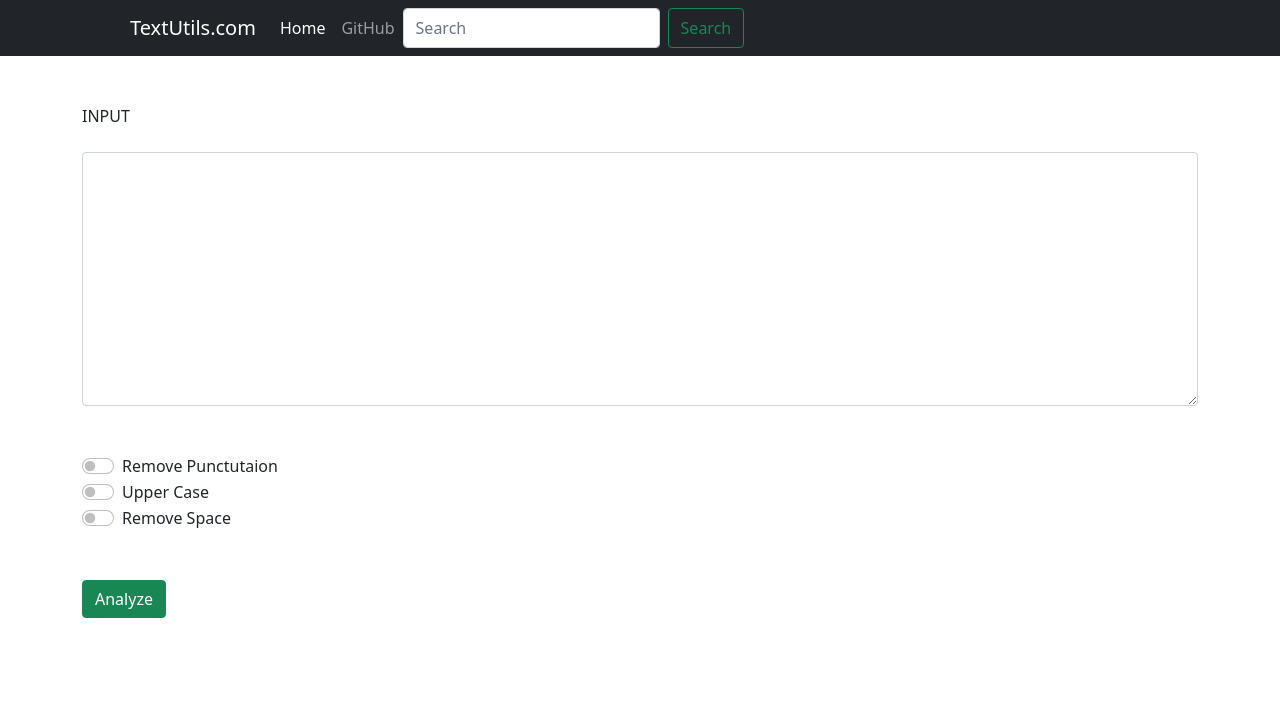
Repository: thenameisshreyank/Textutility
Page: http://localhost/
An editor plug-in stored every save of this project. The page is shown before and after the next save, followed by the edit.
The browser window is 1280 px wide. The pictures show the whole page.
The page is served by the project's application, run on Django 4.2 (manage.py). Other server files are loaded and not shown.

Above is the page before, as saved 2022-04-15 10:59:35.

### templates/index.html
<!DOCTYPE html>
<html lang="en">
<head>
    <meta charset="UTF-8">
    <meta http-equiv="X-UA-Compatible" content="IE=edge">
    <meta name="viewport" content="width=device-width, initial-scale=1.0">
    <!-- CSS only -->
<link href="https://cdn.jsdelivr.net/npm/bootstrap@5.1.3/dist/css/bootstrap.min.css" rel="stylesheet" integrity="sha384-1BmE4kWBq78iYhFldvKuhfTAU6auU8tT94WrHftjDbrCEXSU1oBoqyl2QvZ6jIW3" crossorigin="anonymous">
    <title>Document</title>



</head>
<body>
    <nav class="navbar navbar-expand-lg navbar-dark bg-dark">
        <div class="container">
          <a class="navbar-brand ms-5" href="https://getbootstrap.com/">TextUtils.com</a>
          <button class="navbar-toggler" type="button" data-bs-toggle="collapse" data-bs-target="#navbarSupportedContent" aria-controls="navbarSupportedContent" aria-expanded="false" aria-label="Toggle navigation">
            <span class="navbar-toggler-icon"></span>
          </button>
          <div class="collapse navbar-collapse" id="navbarSupportedContent">
            <ul class="navbar-nav me-auto mb-2 mb-lg-0">
              <li class="nav-item">
                <a class="nav-link active" aria-current="page" href="http://127.0.0.1:8000/">Home</a>
              </li>
              <li class="nav-item">
                <a class="nav-link" href="https://github.com/thenameisshreyank">GitHub</a>
              </li>


            <form class="d-flex me-4">
              <input class="form-control me-2" type="search" placeholder="Search" aria-label="Search">
              <button class="btn btn-outline-success" type="submit">Search</button>
            </form>
          </div>
        </div>
      </nav><br><br>
      <form action="analyze" method="get">
        <div class="container">
        <div class="form-group">
          <label for="exampleFormControlTextarea1">INPUT</label><br><br>
          <textarea class="form-control" id="textarea" name="text" rows="10"></textarea>
        </div><br><br>
        <div class="form-check form-switch">
          <input class="form-check-input" type="checkbox" role="switch" value="true" name="rf" id="flexSwitchCheckDefault">
          <label class="form-check-label" for="flexSwitchCheckDefault">Remove Punctutaion</label>
        </div>
        <div class="form-check form-switch">
          <input class="form-check-input" type="checkbox" name="upper" value="true" role="switch" id="flexSwitchCheckDefault">
          <label class="form-check-label" for="flexSwitchCheckDefault">Upper Case</label>
        </div>
        <div class="form-check form-switch">
          <input class="form-check-input" type="checkbox" name="space" value="true" role="switch" id="flexSwitchCheckDefault">
          <label class="form-check-label" for="flexSwitchCheckDefault">Remove Space</label>
        </div>
        <br><br><button type="submit" class="btn btn-success" id="analyze">Analyze</button>
        </div>
      </form>
</body>
</html>

### c1/views.py

from django.http import HttpResponse
from django.shortcuts import render

from django.http import HttpResponse
# Create your views here.

def nav(request):
    return render(request,"index.html")

def analyze(request):
    rawtext=request.GET.get('text')
    pun=request.GET.get('rf')
    uc=request.GET.get('upper')
    space=request.GET.get('space')
    answer=""
    ans1=""
    if pun=='true':
        punctuation='''!@#$%^&*()_;+<>?/~`"='''
        for x in rawtext:
            if x not in punctuation:
             answer=answer+x
    else:
        answer=rawtext
    if uc=="true":
        # for ch in rawtext:
        answer=answer.upper()

    if space=="true":
        for ch in answer:
            if ch==" ":
                pass
            else:
                ans1=ans1+ch
        answer=ans1
    return render(request,'analyze.html',{'ans':answer})

### c/urls.py
"""c URL Configuration

The `urlpatterns` list routes URLs to views. For more information please see:
    https://docs.djangoproject.com/en/4.0/topics/http/urls/
Examples:
Function views
    1. Add an import:  from my_app import views
    2. Add a URL to urlpatterns:  path('', views.home, name='home')
Class-based views
    1. Add an import:  from other_app.views import Home
    2. Add a URL to urlpatterns:  path('', Home.as_view(), name='home')
Including another URLconf
    1. Import the include() function: from django.urls import include, path
    2. Add a URL to urlpatterns:  path('blog/', include('blog.urls'))
"""

from django.contrib import admin
from django.urls import include, path

urlpatterns = [
    path('admin/', admin.site.urls),
    path('',include('c1.urls')),
]

### c1/urls.py




from . import views
from django.urls import path


urlpatterns=[
    path('',views.nav),
    path('analyze/',views.analyze),
]

After the next save:
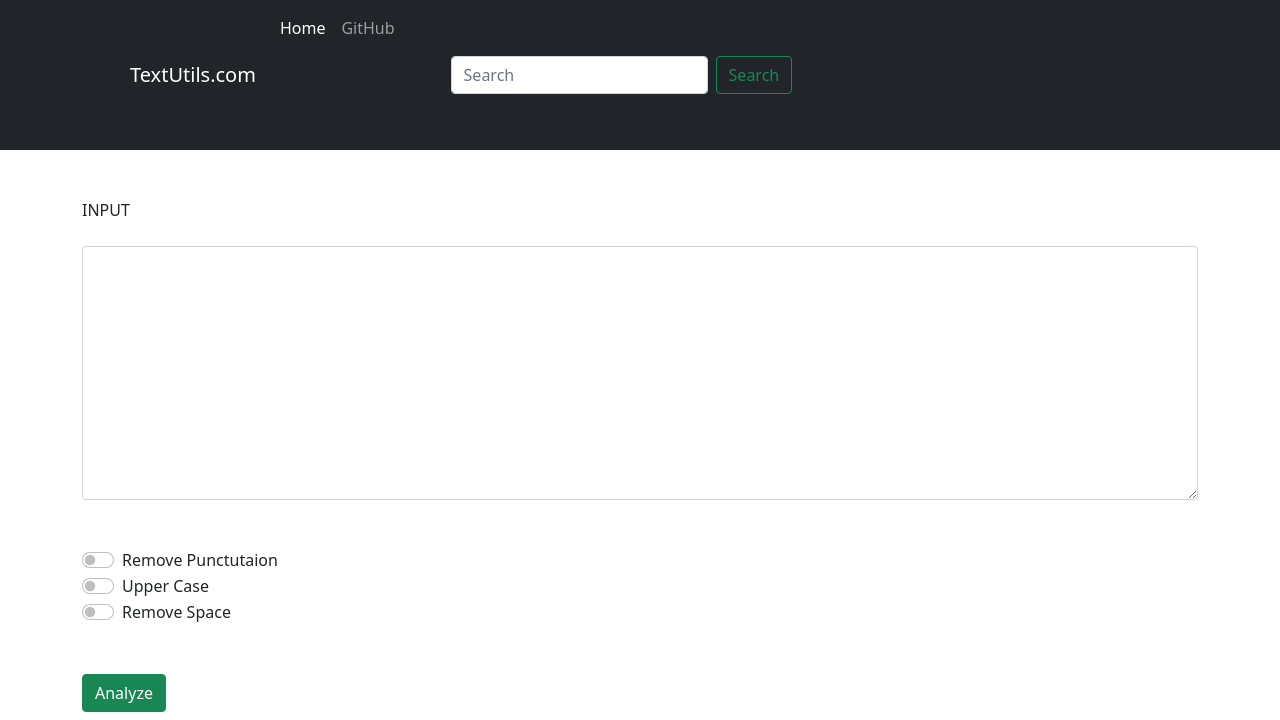
Saved 39 s later.
--- a/templates/index.html
+++ b/templates/index.html
@@ -28,7 +28,7 @@
               </li>
 
 
-            <form class="d-flex me-4">
+            <form class="d-flex m-5">
               <input class="form-control me-2" type="search" placeholder="Search" aria-label="Search">
               <button class="btn btn-outline-success" type="submit">Search</button>
             </form>

After the save that followed:
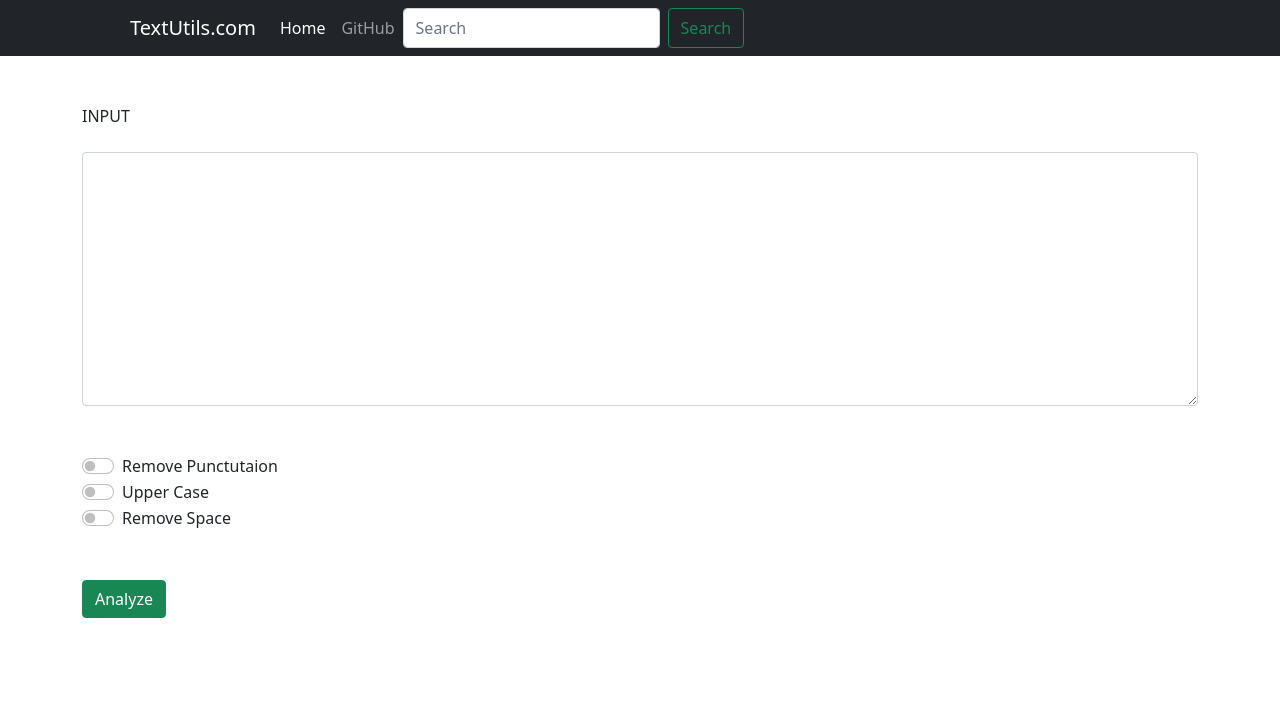
Saved 8 s later.
--- a/templates/index.html
+++ b/templates/index.html
@@ -28,7 +28,7 @@
               </li>
 
 
-            <form class="d-flex m-5">
+            <form class="d-flex ml-5">
               <input class="form-control me-2" type="search" placeholder="Search" aria-label="Search">
               <button class="btn btn-outline-success" type="submit">Search</button>
             </form>
